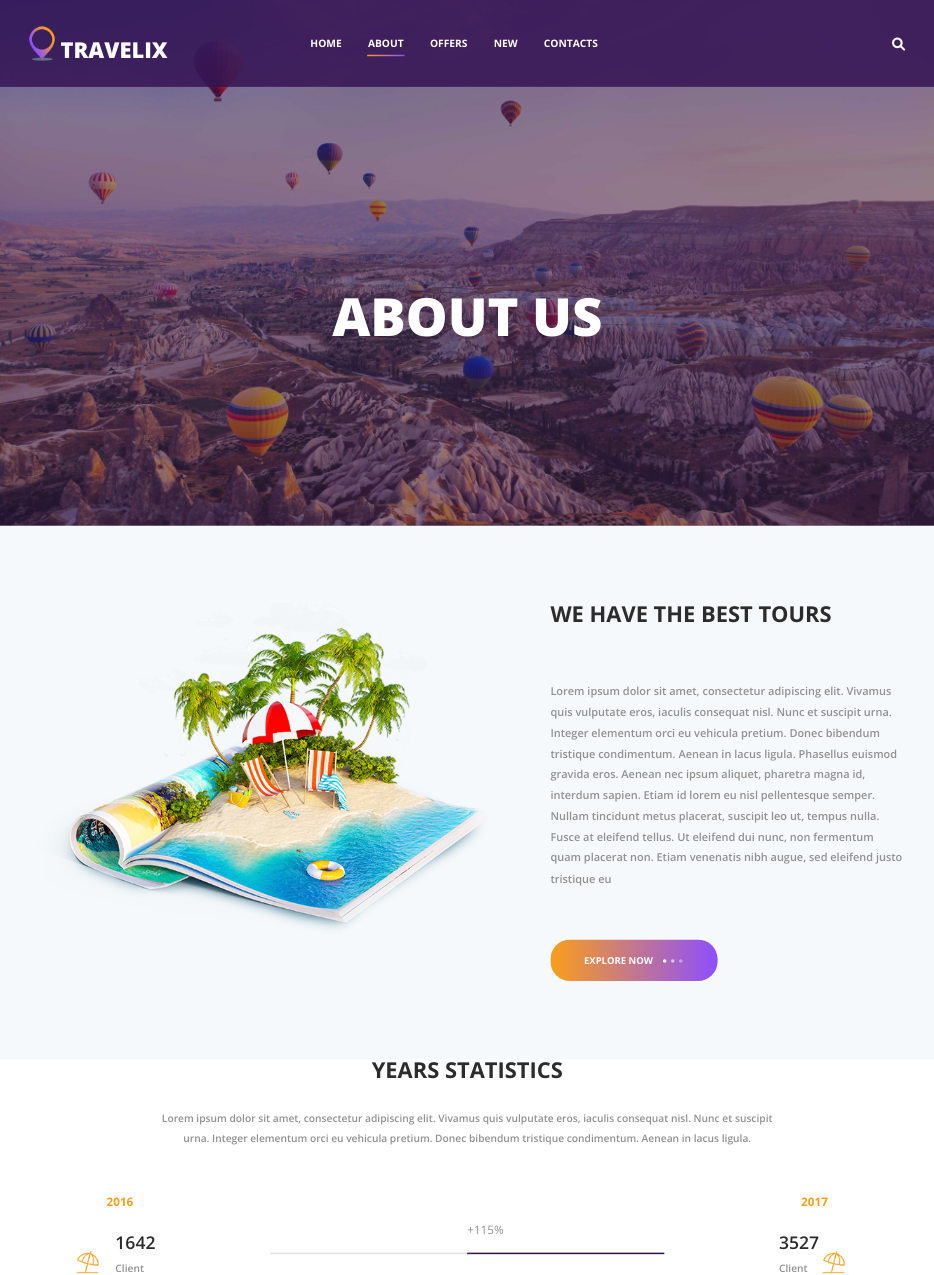
Repository: phamhuuloc/Travelix_Template
Page: about.html
An editor plug-in stored every save of this project. The page is shown before and after a run of saves, followed by the edit.
The browser window is 1280 px wide. The pictures show the whole page, at 73% of full size.
Backgrounds fixed to the window are drawn as part of the page. Some web fonts or font styles are not loaded; a fallback is used.

Above is the page before, as saved 2021-10-13 09:40:07.

### about.html
<!DOCTYPE html>
<html lang="en">
  <head>
    <meta charset="UTF-8" />
    <meta http-equiv="X-UA-Compatible" content="IE=edge" />
    <meta name="viewport" content="width=device-width, initial-scale=1.0" />
    <title>Document</title>
    <link rel="shortcut icon" href="./assets/img/logo.png" />
    <link
      href="https://fonts.googleapis.com/css2?family=Caramel&display=swap"
      rel="stylesheet"
    />
    <!-- GOOGLE FONT -->
    <link
      href="https://fonts.googleapis.com/css2?family=Birthstone&display=swap"
      rel="stylesheet"
    />
    <!-- FONT AWESOME -->
    <link
      rel="stylesheet"
      href="https://cdnjs.cloudflare.com/ajax/libs/font-awesome/6.0.0-beta2/css/all.min.css"
      integrity="sha512-YWzhKL2whUzgiheMoBFwW8CKV4qpHQAEuvilg9FAn5VJUDwKZZxkJNuGM4XkWuk94WCrrwslk8yWNGmY1EduTA=="
      crossorigin="anonymous"
      referrerpolicy="no-referrer"
    />
    <!-- CSS -->
    <link rel="stylesheet" href="./assets/css/reset.css" />
    <link rel="stylesheet" href="./assets/css/grid.css" />
    <link rel="stylesheet" href="./assets/css/base.css" />
    <link rel="stylesheet" href="./assets/css/about.css" />
  </head>
  <body>
    <header class="header">
      <div class="header-topbar" style="display: none">
        <div class="grid wide">
          <div class="header-topbar__container">
            <div class="row">
              <div class="col l-6">
                <div class="header-topbar__contact">
                  <ul>
                    <li>
                      <a href="">+84 945 000 917</a>
                    </li>
                    <li>
                      <a href=""><i class="fab fa-pinterest"></i></a>
                    </li>
                    <li>
                      <a href=""><i class="fab fa-facebook-f"></i></a>
                    </li>
                    <li>
                      <a href=""><i class="fab fa-twitter"></i></a>
                    </li>
                    <li>
                      <a href=""><i class="fab fa-dribbble"></i></a>
                    </li>
                    <li>
                      <a href=""><i class="fab fa-behance"></i></a>
                    </li>
                    <li>
                      <a href=""><i class="fab fa-linkedin-in"></i></a>
                    </li>
                  </ul>
                </div>
              </div>
              <div class="col l-6">
                <div class="header-topbar__login">
                  <ul>
                    <li><a href="">Login</a></li>
                    <li><a href="">|</a></li>
                    <li><a href="">Register</a></li>
                  </ul>
                </div>
              </div>
            </div>
          </div>
        </div>
      </div>
      <div class="header-nav">
        <div class="grid wide">
          <div class="header-nav__container">
            <div class="row">
              <div class="col l-3">
                <div class="logo">
                  <a href="" class="logo__link">
                    <img src="./assets/img/logo.png" alt="" />
                    <h2 class="logo__text">Travelix</h2>
                  </a>
                </div>
              </div>
              <div class="col l-6 m-0 c-0">
                <div class="nav-menu">
                  <ul class="nav-menu__list">
                    <li class="nav-menu__item">
                      <a href="index.html" class="nav-menu__link">Home</a>
                    </li>
                    <li class="nav-menu__item active">
                      <a href="./about.html" class="nav-menu__link">About</a>
                    </li>
                    <li class="nav-menu__item">
                      <a href="" class="nav-menu__link">Offers</a>
                    </li>
                    <li class="nav-menu__item">
                      <a href="" class="nav-menu__link">New</a>
                    </li>
                    <li class="nav-menu__item">
                      <a href="" class="nav-menu__link">Contacts</a>
                    </li>
                  </ul>
                </div>
              </div>
              <div class="col l-3">
                <div class="header-search">
                  <i class="fas fa-search header-search__icon"></i>
                </div>
              </div>
            </div>
          </div>
        </div>
      </div>
    </header>
    <div class="home">
      <div
        class="home-background"
        style="background-image: url(./assets/img/about.jpg)"
      ></div>
      <div class="home__title"><h1>About us</h1></div>
    </div>
    <section class="intro">
      <div class="grid wide">
        <div class="intro__container">
          <div class="row">
            <div class="col l-7 intro__img">
              <img src="./assets/img/intro_about.png" alt="" />
            </div>
            <div class="col l-5 intro__content">
              <h2 class="intro__title">WE HAVE THE BEST TOURS</h2>
              <p class="intro__desc">
                Lorem ipsum dolor sit amet, consectetur adipiscing elit. Vivamus
                quis vulputate eros, iaculis consequat nisl. Nunc et suscipit
                urna. Integer elementum orci eu vehicula pretium. Donec bibendum
                tristique condimentum. Aenean in lacus ligula. Phasellus euismod
                gravida eros. Aenean nec ipsum aliquet, pharetra magna id,
                interdum sapien. Etiam id lorem eu nisl pellentesque semper.
                Nullam tincidunt metus placerat, suscipit leo ut, tempus nulla.
                Fusce at eleifend tellus. Ut eleifend dui nunc, non fermentum
                quam placerat non. Etiam venenatis nibh augue, sed eleifend
                justo tristique eu
              </p>
              <div class="intro__btn">
                <div class="btn">
                  <div class="btn-bg"></div>
                  <a href="#" class="btn-link">
                    explore now
                    <span></span>
                    <span></span>
                    <span></span>
                  </a>
                </div>
              </div>
            </div>
          </div>
        </div>
      </div>
    </section>
    <section class="stats">
      <div class="grid wide">
        <div class="stats__container">
          <h2 class="stats__title">YEARS STATISTICS</h2>
          <div class="wrap_text">
            <p class="stats__text">
              Lorem ipsum dolor sit amet, consectetur adipiscing elit. Vivamus
              quis vulputate eros, iaculis consequat nisl. Nunc et suscipit
              urna. Integer elementum orci eu vehicula pretium. Donec bibendum
              tristique condimentum. Aenean in lacus ligula.
            </p>
          </div>
          <div class="stats__year">
            <div class="stats__year-last">2016</div>
            <div class="stats__year-new">2017</div>
          </div>
          <div class="stats__content">
            <div class="stats__item">
              <div class="stats__last">
                <div class="stats__icon">
                  <img src="./assets/img/stats_1.png" alt="" />
                </div>
                <div class="stats__content">
                  <div class="stats__number">1642</div>
                  <div class="stats__type">Client</div>
                </div>
              </div>
              <div class="stats__bar">
                <div class="stats__bar-perc">
                  <div class="stats__bar-value">+115%</div>
                </div>
              </div>
              <div class="stats__new">
                <div class="stats__content">
                  <div class="stats__number">3527</div>
                  <div class="stats__type">Client</div>
                </div>
                <div class="stats__icon">
                  <img src="./assets/img/stats_1.png" alt="" />
                </div>
              </div>
            </div>
          </div>
        </div>
      </div>
    </section>
  </body>
</html>

### assets/css/grid.css
.grid {
  width: 100%;
  padding: 0;
}
.grid.wide {
  max-width: 1200px;

  margin: 0 auto;
}
.row {
  display: flex;
  flex-wrap: wrap;
  margin-left: -4px;
  margin-right: -4px;
}
.row.no-gutters {
  margin-left: 0;
  margin-right: 0;
}
.col {
  padding-left: 4px;
  padding-right: 4px;
}
.row.no-gutters .col {
  margin-left: 0;
  margin-right: 0;
}

.c-0 {
  display: none;
}

.c-1 {
  flex: 0 0 8.33333%;
  max-width: 8.33333%;
}

.c-2 {
  flex: 0 0 16.66667%;
  max-width: 16.66667%;
}

.c-3 {
  flex: 0 0 25%;
  max-width: 25%;
}

.c-4 {
  flex: 0 0 33.33333%;
  max-width: 33.33333%;
}

.c-5 {
  flex: 0 0 41.66667%;
  max-width: 41.66667%;
}

.c-6 {
  flex: 0 0 50%;
  max-width: 50%;
}

.c-7 {
  flex: 0 0 58.33333%;
  max-width: 58.33333%;
}

.c-8 {
  flex: 0 0 66.66667%;
  max-width: 66.66667%;
}

.c-9 {
  flex: 0 0 75%;
  max-width: 75%;
}

.c-10 {
  flex: 0 0 83.33333%;
  max-width: 83.33333%;
}

.c-11 {
  flex: 0 0 91.66667%;
  max-width: 91.66667%;
}

.c-12 {
  flex: 0 0 100%;
  max-width: 100%;
}

.c-o-1 {
  margin-left: 8.33333%;
}

.c-o-2 {
  margin-left: 16.66667%;
}

.c-o-3 {
  margin-left: 25%;
}

.c-o-4 {
  margin-left: 33.33333%;
}

.c-o-5 {
  margin-left: 41.66667%;
}

.c-o-6 {
  margin-left: 50%;
}

.c-o-7 {
  margin-left: 58.33333%;
}

.c-o-8 {
  margin-left: 66.66667%;
}

.c-o-9 {
  margin-left: 75%;
}

.c-o-10 {
  margin-left: 83.33333%;
}

.c-o-11 {
  margin-left: 91.66667%;
}
/* TABLET */
@media (min-width: 740px) {
  .row {
    margin-left: -8px;
    margin-right: -8px;
  }
  .col {
    padding-right: 8px;
    padding-left: 8px;
  }
  .m-0 {
    display: none;
  }
  .m-1,
  .m-2,
  .m-3,
  .m-4,
  .m-5,
  .m-6,
  .m-7,
  .m-8,
  .m-9,
  .m-10,
  .m-11,
  .m-12 {
    display: block;
  }

  .m-1 {
    flex: 0 0 8.33333%;
    max-width: 8.33333%;
  }

  .m-2 {
    flex: 0 0 16.66667%;
    max-width: 16.66667%;
  }

  .m-3 {
    flex: 0 0 25%;
    max-width: 25%;
  }

  .m-4 {
    flex: 0 0 33.33333%;
    max-width: 33.33333%;
  }

  .m-5 {
    flex: 0 0 41.66667%;
    max-width: 41.66667%;
  }

  .m-6 {
    flex: 0 0 50%;
    max-width: 50%;
  }

  .m-7 {
    flex: 0 0 58.33333%;
    max-width: 58.33333%;
  }

  .m-8 {
    flex: 0 0 66.66667%;
    max-width: 66.66667%;
  }

  .m-9 {
    flex: 0 0 75%;
    max-width: 75%;
  }

  .m-10 {
    flex: 0 0 83.33333%;
    max-width: 83.33333%;
  }

  .m-11 {
    flex: 0 0 91.66667%;
    max-width: 91.66667%;
  }

  .m-12 {
    flex: 0 0 100%;
    max-width: 100%;
  }

  .m-o-1 {
    margin-left: 8.33333%;
  }

  .m-o-2 {
    margin-left: 16.66667%;
  }

  .m-o-3 {
    margin-left: 25%;
  }

  .m-o-4 {
    margin-left: 33.33333%;
  }

  .m-o-5 {
    margin-left: 41.66667%;
  }

  .m-o-6 {
    margin-left: 50%;
  }

  .m-o-7 {
    margin-left: 58.33333%;
  }

  .m-o-8 {
    margin-left: 66.66667%;
  }

  .m-o-9 {
    margin-left: 75%;
  }

  .m-o-10 {
    margin-left: 83.33333%;
  }

  .m-o-11 {
    margin-left: 91.66667%;
  }
}
/* PC MEDIUM RESOLUTION */
@media (min-width: 1113px) {
  .row {
    margin-left: -12px;
    margin-right: -12px;
  }
  .row.sm-gutter {
    margin-left: -8px;
    margin-right: -8px;
  }
  .col {
    padding-left: 12px;
    padding-right: 12px;
  }
  .row.sm-gutter .col {
    padding-left: 8px;
    padding-right: 8px;
  }
  .l-0 {
    display: none;
  }

  .l-1,
  .l-2,
  .l-2-4,
  .l-3,
  .l-4,
  .l-5,
  .l-6,
  .l-7,
  .l-8,
  .l-9,
  .l-10,
  .l-11,
  .l-12 {
    display: block;
  }

  .l-1 {
    flex: 0 0 8.33333%;
    max-width: 8.33333%;
  }

  .l-2 {
    flex: 0 0 16.66667%;
    max-width: 16.66667%;
  }

  .l-2-4 {
    flex: 0 0 20%;
    max-width: 20%;
  }

  .l-3 {
    flex: 0 0 25%;
    max-width: 25%;
  }

  .l-4 {
    flex: 0 0 33.33333%;
    max-width: 33.33333%;
  }

  .l-5 {
    flex: 0 0 41.66667%;
    max-width: 41.66667%;
  }

  .l-6 {
    flex: 0 0 50%;
    max-width: 50%;
  }

  .l-7 {
    flex: 0 0 58.33333%;
    max-width: 58.33333%;
  }

  .l-8 {
    flex: 0 0 66.66667%;
    max-width: 66.66667%;
  }

  .l-9 {
    flex: 0 0 75%;
    max-width: 75%;
  }

  .l-10 {
    flex: 0 0 83.33333%;
    max-width: 83.33333%;
  }

  .l-11 {
    flex: 0 0 91.66667%;
    max-width: 91.66667%;
  }

  .l-12 {
    flex: 0 0 100%;
    max-width: 100%;
  }

  .l-o-1 {
    margin-left: 8.33333%;
  }

  .l-o-2 {
    margin-left: 16.66667%;
  }

  .l-o-3 {
    margin-left: 25%;
  }

  .l-o-4 {
    margin-left: 33.33333%;
  }

  .l-o-5 {
    margin-left: 41.66667%;
  }

  .l-o-6 {
    margin-left: 50%;
  }

  .l-o-7 {
    margin-left: 58.33333%;
  }

  .l-o-8 {
    margin-left: 66.66667%;
  }

  .l-o-9 {
    margin-left: 75%;
  }

  .l-o-10 {
    margin-left: 83.33333%;
  }

  .l-o-11 {
    margin-left: 91.66667%;
  }
}
/* TABLET AND PC */
@media (min-width: 740px) and (max-width: 1023px) {
  .wide {
    width: 644px;
  }
}
/* > PC  LOW RESOLUTION */
@media (min-width: 1024px) and (max-width: 1239px) {
  .wide {
    width: 984px;
  }
}
.form__item {
  display: flex;
  flex-direction: column;
}

### assets/css/about.css
.home-background {
  background-repeat: no-repeat;
  background-position: bottom center;
  background-attachment: fixed;
  background-size: cover;
}
.home__title {
  position: absolute;
  top: 55%;
  left: 50%;
  transform: translateX(-50%);
}
.home__title h1 {
  font-size: 7.2rem;
  font-weight: 800;
  color: var(--white-color);
  text-transform: uppercase;
}
/* INTRO */
.intro {
  padding: 10.6rem 0;
  background-color: #f6f9fb;
}
.intro__title {
  font-size: 3rem;
  font-weight: 700;
  color: var(--black-color);
  margin-bottom: 7.6rem;
  text-transform: uppercase;
}
.intro__desc {
  font-size: 1.5rem;
  font-weight: 600;
  color: var(--gray-color);
  line-height: 1.9;
}
.intro__btn .btn {
  left: 0;
  transform: translateX(0);
}
.stats__title {
  text-align: center;
  font-size: 3rem;
  font-weight: 700;
  color: var(--black-color);
  margin-bottom: 3.8rem;
}
.wrap_text {
  text-align: center;
  display: flex;
  justify-content: center;
  margin-bottom: 6.6rem;
}
.stats__text {
  font-size: 1.4rem;
  font-weight: 600;
  line-height: 1.9;
  color: var(--gray-color);
  max-width: 84rem;
}
.stats__year {
  display: flex;
  align-items: center;
  justify-content: space-between;
  padding: 0 10.6rem;
  margin-bottom: 3.6rem;
}
.stats__year-last,
.stats__year-new {
  font-size: 1.6rem;
  font-weight: 700;
  color: var(--primary-color);
}
.stats__item {
  display: flex;
  align-items: center;
  justify-content: space-between;
  padding: 0 60px;
}
.stats__last {
  display: flex;
  align-items: flex-end;
}
.stats__icon {
  margin-right: 1.8rem;
}
.stats__number {
  font-size: 2.4rem;
  font-weight: 600;
  color: var(--black-color);
  margin-bottom: 1.6rem;
}
.stats__type {
  font-size: 1.4rem;
  font-weight: 600;
  color: var(--gray-color);
}
.stats__new {
  display: flex;
  align-items: flex-end;
}
.stats__bar {
  position: relative;
  height: 2px;
  background-color: #e1e1e1;
  width: 50%;
  display: flex;
  flex-direction: column;
}
.stats__bar-value {
  position: absolute;
  top: -40px;
  color: var(--gray-color);
  font-size: 1.6rem;
  text-align: left;
}
.stats__bar-perc {
  position: absolute;
  height: 2px;
  left: 50%;
  width: 50%;
  background-color: rgb(49, 18, 75);
}

Loaded but not shown: assets/css/reset.css (common file); assets/css/base.css (441 lines, source omitted)

After the next 2 saves:
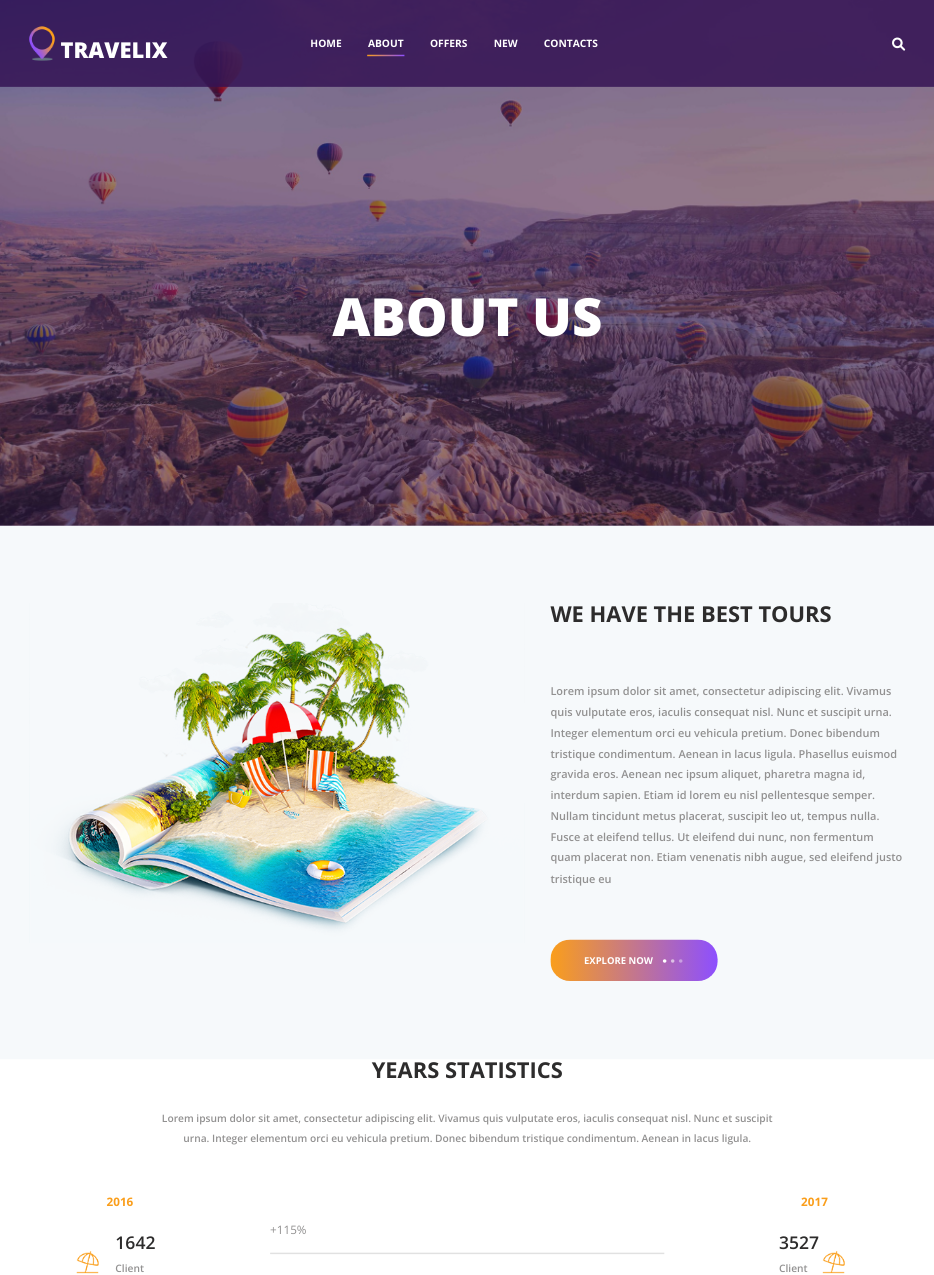
The 2 saves are shown as one change because they came seconds apart.
The last was saved 8 min 16 s later.
--- a/assets/css/about.css
+++ b/assets/css/about.css
@@ -117,7 +117,5 @@
 .stats__bar-perc {
   position: absolute;
   height: 2px;
-  left: 50%;
-  width: 50%;
   background-color: rgb(49, 18, 75);
 }

After the save that followed:
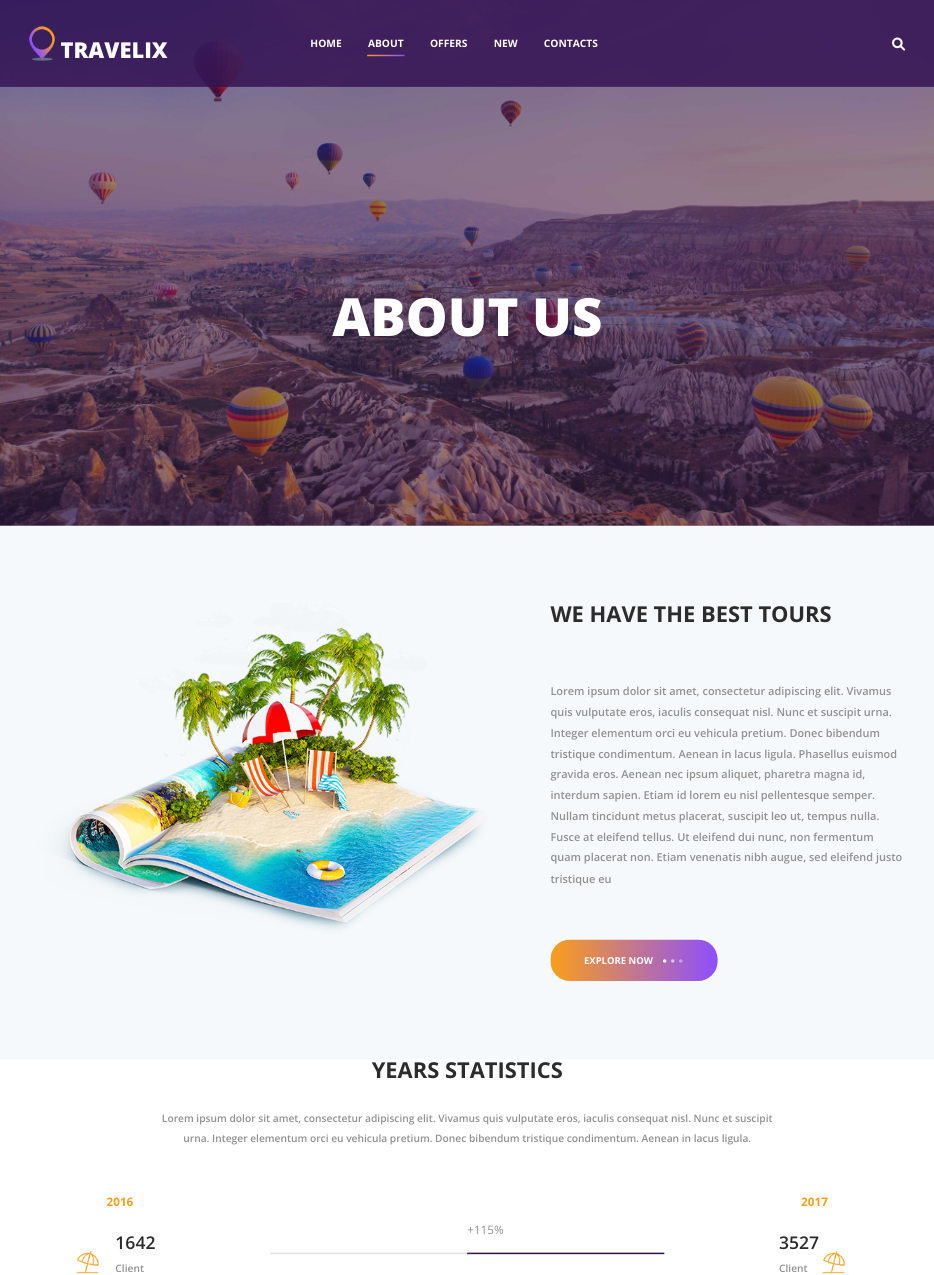
Saved 41 s later.
--- a/about.html
+++ b/about.html
@@ -190,7 +190,7 @@
                 </div>
               </div>
               <div class="stats__bar">
-                <div class="stats__bar-perc">
+                <div class="stats__bar-perc" style="left: 50%; width: 50%">
                   <div class="stats__bar-value">+115%</div>
                 </div>
               </div>
